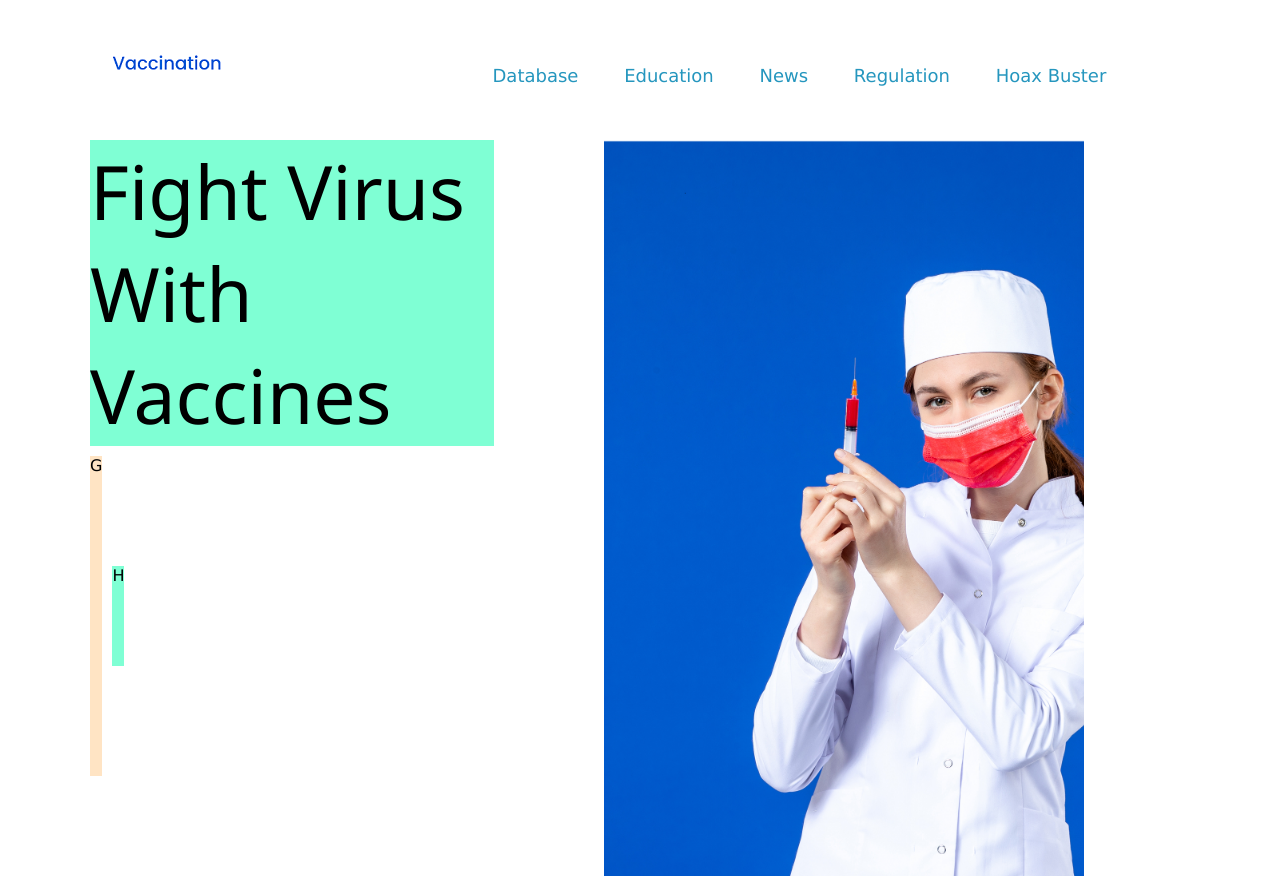
Repository: roge64/cssfrontend
Page: index.html
These files come from the project's save history. The page is drawn as it stood at one moment and after the next save; the edit follows.
The browser window is 1280 px wide. The pictures show the part of the page from y = 0 to 876 px (the page is 2339 px tall before and 2169 px after).
A picture or video elsewhere on the page could not be fetched, so the positions and the page height are approximate.

Above is the page before, as saved 2022-03-10 11:16:09.

### index.html
<!DOCTYPE html>
<html lang="en">

<head>
    <meta charset="UTF-8">
    <meta http-equiv="X-UA-Compatible" content="IE=edge">
    <meta name="viewport" content="width=device-width, initial-scale=1.0">
    <title>3 Cakes</title>
    <link rel="stylesheet" href="estilos/estilos.css">


</head>

<body>

    <section id="container">

        <header>
            <!--             <p style="color:#b49760"> Only 3 cakes for 3 months, and then we change all! </p> -->

        </header>

    <section id="banner">

        <article id="banner1" <a href="index.html"> <img src="/img/logo1.png" alt="logo.png"></a></article>
        <article id="banner2">
            <ul class="menu">
                <li><a href="#home"></a>Database</li>
                <li><a href="#cakes"></a>Education</li>
                <li><a href="#decor"></a>News</li>
                <li><a href="#order"></a>Regulation</li>
                <li><a href="#admin"></a>Hoax Buster</li>
                <!-- <li><a href="#void"></a>   </li> -->
            </ul>
        </article>

    </section>


<!--     <section id="tienda">
        <article id="cake1"> </article>
        <article id="cake2"> </article>
        <div class="wrapper">
            <div class="box e">E</div>
            <div class="box f">F</div>
            <div class="box g">G</div>
            <div class="box h">H</div>
        </div>
    </section> -->

    <div class="wrapper">
        <div class="box e">Fight Virus With Vaccines</div>
        <div class="box f"></div>
        <div class="box g">G</div>
        <div class="box h">H</div>
    </div>

    <section id="names">
        <article id="name1">
            <p style="color:#b49760"> Blueberry Moka</p>
            <p style="color: bisque"> $35.00</p>
        </article>
        <article id="name2">
            <p style="color:#b49760"> Coconut Paradise</p>
            <p style="color: bisque"> $32.75</p>
        </article>
        <article id="name3">
            <p style="color:#b49760"> Maple Pecan</p>
            <p style="color: bisque"> $35.00</p>
        </article>
    </section>

    <section id="separador">


    </section>

    <section id="social">
        <article id="social1">
            <a href="#"><img src="img/instagram.png" alt="instagram"></a>
            <a href="#"><img src="img/facebook.png" alt="facebook"></a>
            <a href="#"><img src="img/youtube.png" alt="youtube"></a>
            <a href="#"><img src="img/twitter.png" alt="twitter"></a>
        </article>

        <article id="social2">
            <div id="lte_icons-2" class="widget widget_lte_icons">
                <h3 class="lte-header-widget " style="color:bisque"><span class="widget-icon"></span>Contact us
                </h3>
                <ul class="lte-social-icons-list">
                    <li>
                        <a href="#"><span class="lte-ic icon icon-phone-call"></span><span class="lte-header"
                                style="color:bisque">Phone:</span><span class="lte-txt" style="color:#b49760">+52
                                01-2345-6789<br> </span>
                        </a>
                    </li>
                    <li>
                        <a href="#"><span class="lte-ic icon icon-location"></span><span class="lte-header"
                                style="color:bisque">Our location:</span><span class="lte-txt" style="color:#b49760">975
                                FrontEnd Ave, NA 105048, Unknown</span>
                        </a>
                    </li>
                    <li>
                        <a href="#"><span class="lte-ic icon icon-mail"></span><span class="lte-header"
                                style="color:bisque">Email:</span><span class="lte-txt"
                                style="color:#b49760">3cakes@3cakes.com</span>
                        </a>
                    </li>
                    <li>
                        <a href="#">
                            <span class="lte-ic icon icon-mail"></span>
                            <span class="lte-header" style="color:bisque">Hours:</span>
                            <span class="lte-txt" style="color:#b49760">Monday - Friday: 10:00 - 20:00</span>
                            <br>
                            <span class="lte-txt" style="color:#b49760">Saturday -Sunday: 10:00 - 14:00</span>
                        </a>
                    </li>
                </ul>
            </div>

        </article>
    </section>


    <footer>
        <p style="color:#b49760"> Copyright &copy; 2021-<script>
                document.write(new Date().getFullYear())
            </script> Rogelio Valdés All Rights Reserved</p>
        <article id="footer1"></article>
    </footer>

    </section>

</body>

</html>

### estilos/estilos.css
*{
    border: 0 ;
    margin: 0 ;
    padding: 0;
    text-decoration: none;
}

body{
    font-family: Geneva;
    background-color: rgb(0, 0, 0);
    width:1100px;
    margin-left:auto;
    margin-right:auto;

    background-color:white;
/* background-image:
radial-gradient(circle at 100% 150%, black 24%, #101010 24%, #101010 28%, black 28%, black 36%, #101010 36%, #101010 40%, transparent 40%, transparent),
radial-gradient(circle at 0    150%, black 24%, #101010 24%, #101010 28%, black 28%, black 35%, #101010 36%, #101010 40%, transparent 40%, transparent),
radial-gradient(circle at 50%  100%, #101010 10%, black 10%, black 23%, #101010 23%, #101010 30%, black 30%, black 43%, #101010 43%, #101010 50%, black 50%, black 63%, #101010 63%, #101010 71%, transparent 71%, transparent),
radial-gradient(circle at 100% 50%, #101010 5%, black 5%, black 15%, #101010 15%, #101010 20%, black 20%, black 29%, #101010 29%, #101010 34%, black 34%, black 44%, #101010 44%, #101010 49%, transparent 49%, transparent),
radial-gradient(circle at 0    50%, #101010 5%, black 5%, black 15%, #101010 15%, #101010 20%, black 20%, black 29%, #101010 29%, #101010 34%, black 34%, black 44%, #101010 44%, #101010 48%, transparent 49%, transparent);
background-size: 50px 31px;
 */
}

.menu{
    list-style: none;
    padding: 0;
    background: white;
    width: 90%;
    height: 75px;
    max-width: 900px;
    margin: auto;
}

.menu li{
    text-decoration: none;
    color: #2596be;
    padding: 20px;
    display: block;
}

.menu li{
    display: inline-block;
    text-align: right;
}

.menu li:hover{
    background: #2747c5;
}


#container, header, #banner, #noticias, #marcas, footer, #social1{
    /* background-color:rgb(255, 255, 255); */
    background-color:white;
/* background-image:
radial-gradient(circle at 100% 150%, black 24%, #101010 24%, #101010 28%, black 28%, black 36%, #101010 36%, #101010 40%, transparent 40%, transparent),
radial-gradient(circle at 0    150%, black 24%, #101010 24%, #101010 28%, black 28%, black 35%, #101010 36%, #101010 40%, transparent 40%, transparent),
radial-gradient(circle at 50%  100%, #101010 10%, black 10%, black 23%, #101010 23%, #101010 30%, black 30%, black 43%, #101010 43%, #101010 50%, black 50%, black 63%, #101010 63%, #101010 71%, transparent 71%, transparent),
radial-gradient(circle at 100% 50%, #101010 5%, black 5%, black 15%, #101010 15%, #101010 20%, black 20%, black 29%, #101010 29%, #101010 34%, black 34%, black 44%, #101010 44%, #101010 49%, transparent 49%, transparent),
radial-gradient(circle at 0    50%, #101010 5%, black 5%, black 15%, #101010 15%, #101010 20%, black 20%, black 29%, #101010 29%, #101010 34%, black 34%, black 44%, #101010 44%, #101010 48%, transparent 49%, transparent);
background-size: 50px 31px;
 */
    height: 1500px;
    width: 1100px;

}

header{
/*     background-color:antiquewhite;
 */
    height: 40px;
    text-align: center;
    font-size: x-large;

}

#banner{
    background-color:white;
/*     background-color:rgb(25, 25, 25); */
    width: 1100px;
    height: 100px;


}


#noticias{
/*     background-color: antiquewhite;
 */
    height: 200px;
}

#tienda #names{
/*     background-color: grey; */
/* background-color:black;
background-image:
radial-gradient(circle at 100% 150%, black 24%, #101010 24%, #101010 28%, black 28%, black 36%, #101010 36%, #101010 40%, transparent 40%, transparent),
radial-gradient(circle at 0    150%, black 24%, #101010 24%, #101010 28%, black 28%, black 35%, #101010 36%, #101010 40%, transparent 40%, transparent),
radial-gradient(circle at 50%  100%, #101010 10%, black 10%, black 23%, #101010 23%, #101010 30%, black 30%, black 43%, #101010 43%, #101010 50%, black 50%, black 63%, #101010 63%, #101010 71%, transparent 71%, transparent),
radial-gradient(circle at 100% 50%, #101010 5%, black 5%, black 15%, #101010 15%, #101010 20%, black 20%, black 29%, #101010 29%, #101010 34%, black 34%, black 44%, #101010 44%, #101010 49%, transparent 49%, transparent),
radial-gradient(circle at 0    50%, #101010 5%, black 5%, black 15%, #101010 15%, #101010 20%, black 20%, black 29%, #101010 29%, #101010 34%, black 34%, black 44%, #101010 44%, #101010 48%, transparent 49%, transparent);
background-size: 50px 31px; */

    height: 300px;
    width: 1000px;
    padding-left: 10px;
    padding-right: 10px;
    padding-top: 5px;
    text-align: center;
}

#marcas{
/*     background-color:rgb(58, 41, 18); */
    height: 205px;
}


footer{
    width: 800px;
/*     background-color:rgb(0, 0, 0); */
    text-align: center;
    height: 25px;
    padding-top: 7px;

}


#banner #banner1{
/*     background-color: rgb(180, 134, 73); */
    width: 100px;
    height: 100x;
    float: left;
    text-align: center;
/*     display: inline-block; */
    margin: 5px 5px;
}

#banner #banner2{
/*     background-color: rgb(180, 134, 73); */
    width: 750px;
    height: 100px;
    float: right;
/*     display: inline-block; */
    /* vertical-align: center;  */
    margin: 5px 5px;
    font-size: 18px;
}

#noticias #news1{
/*     background-color: rgb(41, 38, 34); */
    font-size: 50px;

    text-align: center;
    width: 790px;
    height: 200px;
    display: inline-block;
    vertical-align: center;
    margin: 5px 5px;

}


#tienda #cake1{
    background: rgb(109, 175, 33);
    width: 480px;
    height: 485px;
    display: inline-block;
    vertical-align: top;
    margin: 5px 8px;

}

#tienda #cake2{
    background: cornflowerblue;
    width: 450px;
    height: 585px;
    display: inline-block;
    vertical-align: top;
    margin: 5px 70px;
    background-image: url("../img/picx1.png");
    background-repeat: no-repeat;
    background-size: cover;
}

/* #tienda #cake3{
    background: rgb(175, 169, 112);
    width: 240px;
    height: 285px;
    display: inline-block;
    vertical-align: top;
    margin: 5px 5px;
} */

#names #name1{
    font-size: 25px;
    text-align: center;
    width: 240px;
    height: 60px;
    display: inline-block;
    vertical-align: top;
    margin: 5px 8px;
}

#names #name2{
    font-size: 25px;
    text-align: center;
    width: 240px;
    height: 60px;
    display: inline-block;
    vertical-align: top;
    margin: 5px 8px;
}

#names #name3{
    font-size: 25px;
    text-align: center;
    width: 240px;
    height: 60px;
    display: inline-block;
    vertical-align: top;
    margin: 5px 8px;
}

#social #social1{
    text-decoration: none;
/*     background: rgb(109, 175, 33); */
    width: 375px;
    height: 150px;
    display: inline-block;
    vertical-align: center;
    margin: 10px 12px;
}

#social #social2{
    text-decoration: none;
/*     background: rgb(109, 175, 33); */
    width: 375px;
    height: 150px;
    display: inline-block;
    vertical-align: center;
    margin: 10px 10px;
}

#social #social1 {
    color: rgb(175, 169, 112);


}

#separador {
        width: 800px;
        text-align: center;
        height: 100px;

}

.wrapper {
    display: grid;
    grid-template-columns: repeat(1, 1fr);
    gap: 10px;
    grid-auto-rows: minmax(100px, auto);
  }

  .e {
    grid-column: 1 / 40;
    grid-row: 1 / 2;
    background-color:aquamarine;
    font-family: 'Segoe UI', Tahoma, Geneva, Verdana, sans-serif;
    font-size: 75px;
    font-stretch: expanded;
  }
  .f {
    grid-column: 50 / 99;
    grid-row: 1 / 6;
    background-color:aqua;
    background-image: url("../img/picx1.png");
    background-repeat: no-repeat;
    background-size: cover;

  }
  .g {
    grid-column: 1;
    grid-row: 2 / 5;
    background-color:bisque;
  }
  .h {
    grid-column: 2;
    grid-row: 3;
    background-color:aquamarine;
  }

After the next save:
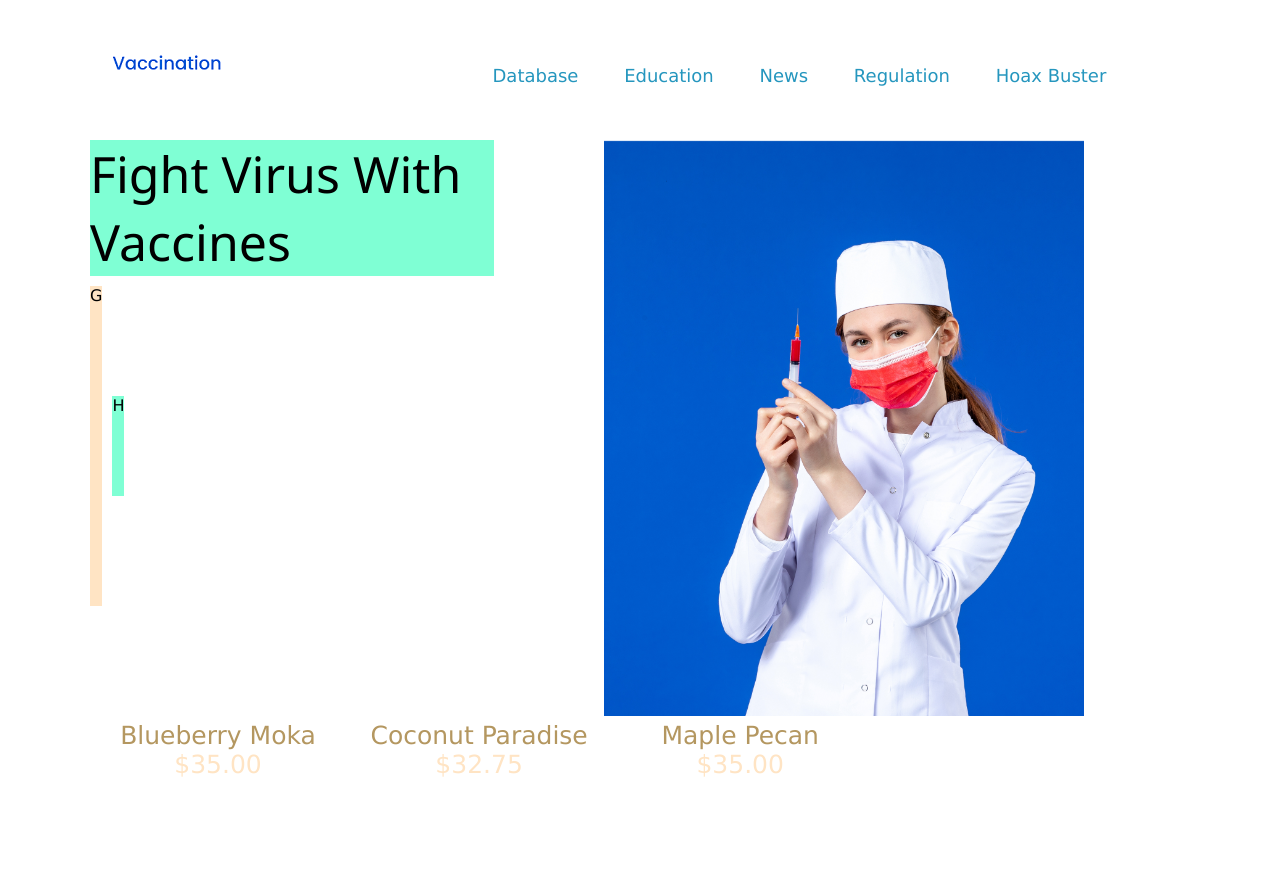
Saved 5 s later.
--- a/estilos/estilos.css
+++ b/estilos/estilos.css
@@ -267,7 +267,7 @@
     grid-row: 1 / 2;
     background-color:aquamarine;
     font-family: 'Segoe UI', Tahoma, Geneva, Verdana, sans-serif;
-    font-size: 75px;
+    font-size: 50px;
     font-stretch: expanded;
   }
   .f {
